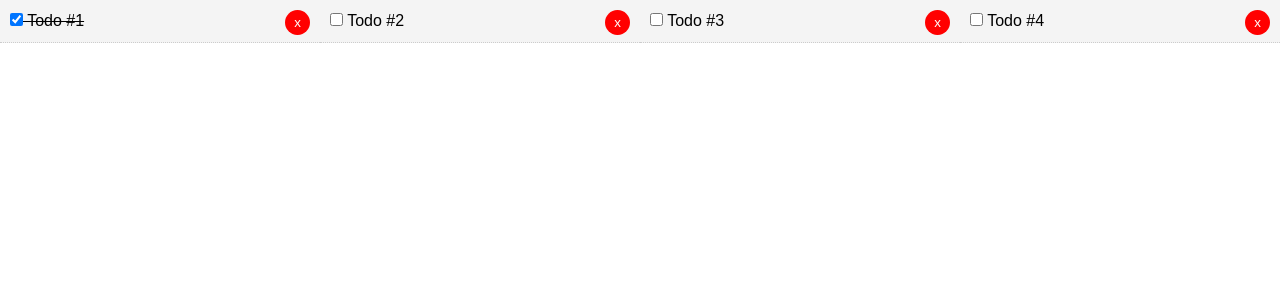
Repository: n0rthern-light/vuejs-taskmanager
Page: /
The author's editor kept a copy of each file at every save. The page is drawn from the files as they stood at one save, then again after a run of saves.
The browser window is 1280 px wide. The pictures show the whole page.
The project was rebuilt for these pictures with package versions that can differ from the ones it lists, and the page was loaded fresh each time.

Above is the page before, as saved 2019-02-18 15:34:35.

### src/App.vue
<template>
  <div id="app">
    <h3>{{msg}}</h3>
    <Todos :todos="todos" v-on:del-todo="delTodo" v-on:update-array="updateArr"/>
  </div>
</template>

<script>

import Todos from '@/components/Todos.vue';

export default {
  name: 'app',
  components: {
    Todos
  },
  data() {
    return {
      todos: [
        {
          id: 1,
          title: 'Todo #1',
          completed: true
        },
        {
          id: 2,
          title: 'Todo #2',
          completed: false
        },
        {
          id: 3,
          title: 'Todo #3',
          completed: false
        },
        {
          id: 4,
          title: 'Todo #4',
          completed: false
        }
      ],
      msg: ''
    }
  },
  methods: {
    /* eslint-disable */
    setCookie(cname, cvalue, exdays) {
      var d = new Date();
      d.setTime(d.getTime() + (exdays*24*60*60*1000));
      var expires = "expires="+ d.toUTCString();
      document.cookie = cname + "=" + cvalue + ";" + expires + ";path=/";
    },
    getCookie(cname) {
      var name = cname + "=";
      var decodedCookie = decodeURIComponent(document.cookie);
      var ca = decodedCookie.split(';');
      for(var i = 0; i <ca.length; i++) {
        var c = ca[i];
        while (c.charAt(0) == ' ') {
          c = c.substring(1);
        }
        if (c.indexOf(name) == 0) {
          return c.substring(name.length, c.length);
        }
      }
      return "";
    },
    delTodo(id) {
      console.log('delTodo');
      this.todos = this.todos.filter((el) => el.id !== id);
    },
    updateArr(obj) {
      console.log('updateArr');
      this.todos = this.todos.
      map((el) => el.id === obj.id ? obj : el).
      sort((a, b) => a.id - b.id).
      sort((a, b) => a.completed - b.completed);

      this.setCookie('todos', JSON.stringify(this.todos), 60)
    }

  },
  mounted() {
    console.log('mounted');
    this.todos = JSON.parse(this.getCookie('todos'));

    this.todos = this.todos.sort((a, b) => a.id - b.id).
      sort((a, b) => a.completed - b.completed);
  }
}
</script>

<style>
* {
  box-sizing: border-box;
  margin: 0;
  padding: 0;
}

body {
  font-family: Arial, Helvetica, sans-serif;
  line-height: 1.4;
}
</style>

### src/components/Todos.vue
<template>
  <div class="container">
    <div v-for="todo in todos" :key="todo.id">
      <TodoItem :todo="todo" v-on:del-todo="$emit('del-todo', todo.id)" v-on:update-array="$emit('update-array', todo)"/>
    </div>
  </div>
</template>

<script>
import TodoItem from './TodoItem.vue';

export default {
  components: {
    TodoItem
  },
  name: 'Todos',
  props: ['todos']
}
</script>

<style scoped>
.container {
  display: flex;
}

.container div {
  flex: 5;
}
</style>

### src/components/TodoItem.vue
<template>
  <div class="todo-item" :class="{'is-complete':todo.completed}">
    <p>
      <input type="checkbox" v-on:change="markComplete(); $emit('update-array', todo);" :checked="this.todo.completed">
      {{todo.title}}
      <button @click="$emit('del-todo', todo.id)" class="del">x</button>
    </p>
  </div>
</template>

<script>
export default {
  name: 'TodoItem',
  props: ['todo'],
  methods: {
    markComplete () {
      this.todo.completed = !this.todo.completed;
    }
  },
  mounted () {

  }
}
</script>

<style scoped>
  .todo-item {
    background: #f4f4f4;
    padding: 10px;
    border-bottom: 1px #ccc dotted;
  }

  .is-complete {
    text-decoration: line-through;
  }

  .del {
    background: #ff0000;
    color: #fff;
    border: none;
    padding: 5px 9px;
    border-radius: 50%;
    cursor: pointer;
    float: right;
  }
</style>

Loaded but not shown: src/main.js (common file)

After the next 2 saves:
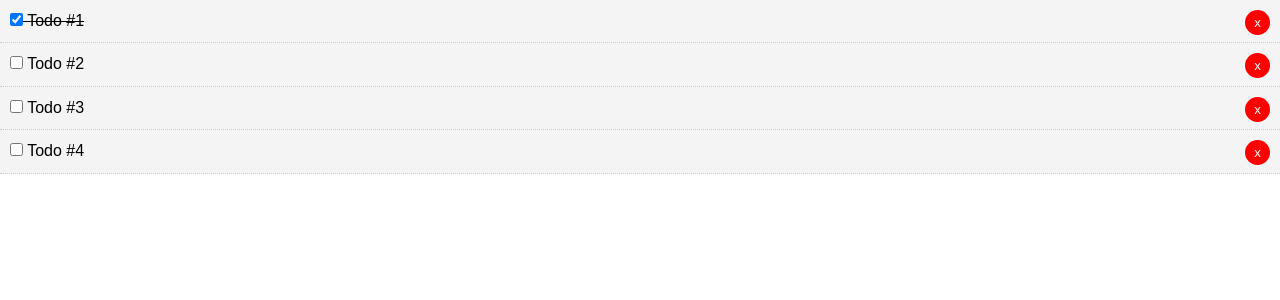
The 2 saves are shown as one change because they came seconds apart.
The last was saved 8 s later.
--- a/src/components/Todos.vue
+++ b/src/components/Todos.vue
@@ -21,9 +21,10 @@ export default {
 <style scoped>
 .container {
   display: flex;
+  flex-direction: column;
 }
 
 .container div {
-  flex: 5;
+  flex: 1;
 }
 </style>
